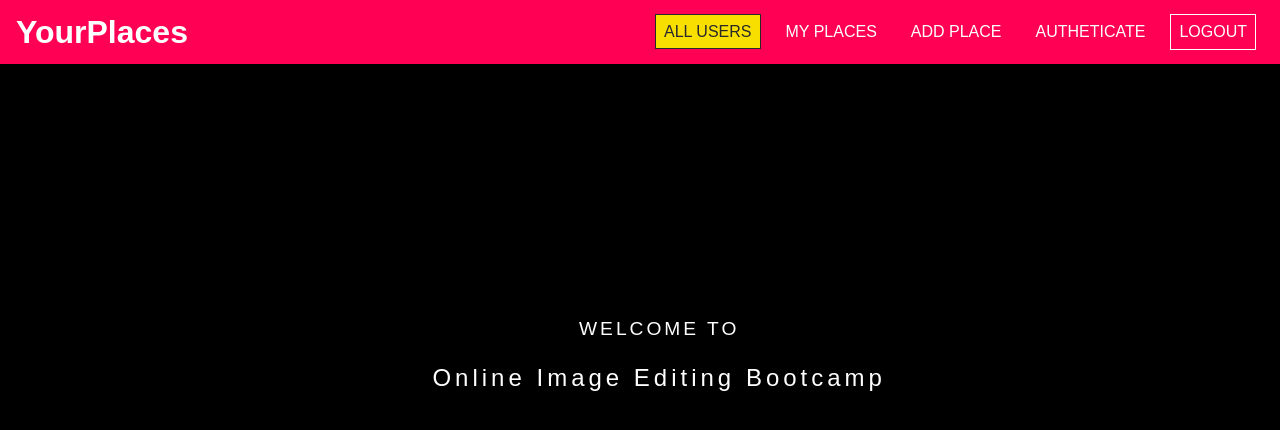
Repository: TanviSanyal/ImageEditingBootcamp
Page: /
These files come from the project's save history. The page is drawn as it stood at one moment and after the next save; the edit follows.
The browser window is 1280 px wide. The pictures show the whole page.
The project was rebuilt for these pictures with package versions that can differ from the ones it lists, and the page was loaded fresh each time. Also part of the build but not shown: src/shared/components/navigation/SideDrawer.css, src/shared/components/UIElements/Backdrop.css, src/shared/components/UIElements/Backdrop.js.

Above is the page before, as saved 2020-09-26 23:02:11.

### public/index.html
<!DOCTYPE html>
<html lang="en">
  <head>
    <meta charset="utf-8" />
    <link rel="icon" href="%PUBLIC_URL%/favicon.ico" />
    <meta name="viewport" content="width=device-width, initial-scale=1" />
    <meta name="theme-color" content="#000000" />
    <meta
      name="description"
      content="Web site created using create-react-app"
    />
    <link rel="apple-touch-icon" href="%PUBLIC_URL%/logo192.png" />
    <link rel="manifest" href="%PUBLIC_URL%/manifest.json" />
    <title>React App</title>
  </head>
  <body>
    <noscript>You need to enable JavaScript to run this app.</noscript>
    <div id="backdrop-hook"></div>
    <div id="modal-hook"></div>
    <div id="drawer-hook"></div>
    <div id="root"></div>
  </body>
</html>

### src/index.css
@import url('https://fonts.googleapis.com/css?family=Open+Sans:400,700&display=swap');

* {
  box-sizing: border-box;
}

html {
  font-family:Arial, Helvetica, sans-serif;
	font-weight:normal;
}

body {
  margin: 0;
  background: black;
}

### src/App.js
import React from 'react';
import {
  BrowserRouter as Router,
  Route,
  Redirect,
  Switch
} from 'react-router-dom';
import './App.css'
import MainNavigation from '../src/shared/components/navigation/MainNavigation';


const App = () => {

  // <Switch>
  //   <Route path="/" exact>
  //     {/* <Users /> */}
  //   </Route>
  //   <Route path="/:userId/places" exact>
  //     {/* <UserPlaces /> */}
  //   </Route>
  //   <Route path="/places/new" exact>
  //     {/* <NewPlace /> */}
  //   </Route>
  //   <Route path='/places/:placeId'>
  //     {/* <UpdatePlace /> */}
  //   </Route>
  //   <Redirect to="/" />
  // </Switch>

  return (
    <Router>
      <MainNavigation />
      <main className="main-body">
        <span className="text1">welcome to</span>
        <p className="text1"> Online Image Editing Bootcamp</p>
      </main>
    </Router>
  );
};

export default App;

### src/App.css
.main-body span{
  color: white;
  text-transform: uppercase;
  display: block;
}
.main-body{
  text-align: center;
  padding-top: 33vh;
  padding-left: 3%;
}

span{
  color: white;
  font-size: 120%;
  letter-spacing: 3PX;
}
p{
  color: white;
  font-size: 150%;
  letter-spacing: 4PX;
}

### src/shared/components/navigation/MainNavigation.js
import React, { useState } from 'react';
import { Link } from 'react-router-dom';

import MainHeader from './MainHeader';
import NavLinks from './NavLinks';
import SideDrawer from './SideDrawer';
import Backdrop from '../UIElements/Backdrop';
import './MainNavigation.css';

const MainNavigation = props => {
  const [drawerIsOpen, setDrawerIsOpen] = useState(false);

  const openDrawerHandler = () => {
    setDrawerIsOpen(true);
  };

  const closeDrawerHandler = () => {
    setDrawerIsOpen(false);
  };

  return (
    <React.Fragment>
      {drawerIsOpen && <Backdrop onClick={closeDrawerHandler} />}
      <SideDrawer show={drawerIsOpen} onClick={closeDrawerHandler}>
        <nav className="main-navigation__drawer-nav">
          <NavLinks />
        </nav>
      </SideDrawer>

      <MainHeader>
        <button className="main-navigation__menu-btn" onClick={openDrawerHandler}>
          <span />
          <span />
          <span />
        </button>
        <h1 className="main-navigation__title">
          <Link to="/">YourPlaces</Link>
        </h1>
        <nav className="main-navigation__header-nav">
          <NavLinks />
        </nav>
      </MainHeader>
    </React.Fragment>
  );
};

export default MainNavigation;

### src/shared/components/navigation/MainHeader.js
import React from 'react';

import './MainHeader.css';

const MainHeader = props => {
  return <header className="main-header">{props.children}</header>;
};

export default MainHeader;

### src/shared/components/navigation/NavLinks.js
import React,{useContext} from 'react';
import './NavLinks.css';
import {NavLink} from 'react-router-dom';
// import {AuthContext} from '../../context/auth-context';

const NavLinks = props => {

    // const auth = useContext(AuthContext);
    return(
        <ul className="nav-links">
            <li>
                <NavLink to="/" exact>ALL USERS</NavLink>
            </li>
           <li>
                <NavLink to="/u1/places">MY PLACES</NavLink>
            </li>
           <li>
                <NavLink to="/places/new">ADD PLACE</NavLink>
            </li>
            <li>
                <NavLink to="/auth">AUTHETICATE</NavLink>
            </li>
             <li><button >LOGOUT</button></li>
        </ul>
    );
};

export default NavLinks;

### src/shared/components/navigation/MainNavigation.css
.main-navigation__menu-btn {
    width: 3rem;
    height: 3rem;
    background: transparent;
    border: none;
    display: flex;
    flex-direction: column;
    justify-content: space-around;
    margin-right: 2rem;
    cursor: pointer;
  }

  .main-navigation__menu-btn span {
    display: block;
    width: 3rem;
    height: 2.5px;
    background: white;
  }

  .main-navigation__title {
    color: white;
  }

  .main-navigation__title a {
    text-decoration: none;
    color: white;
  }

  .main-navigation__header-nav {
    display: none;
  }

  .main-navigation__drawer-nav {
    height: 100%;
  }

  @media (min-width: 768px) {
    .main-navigation__menu-btn {
      display: none;
    }

    .main-navigation__header-nav {
      display: block;
    }
  }

### src/shared/components/navigation/NavLinks.css
.nav-links {
    list-style: none;
    margin: 0;
    padding: 0;
    width: 100%;
    height: 100%;
    display: flex;
    flex-direction: column;
    justify-content: center;
    align-items: center;
  }

  .nav-links li {
    margin: 1rem;
  }

  .nav-links a {
    border: 1px solid transparent;
    color: #292929;
    text-decoration: none;
    padding: 0.5rem;
  }

  .nav-links a:hover,
  .nav-links a:active,
  .nav-links a.active {
    background: #f8df00;
    border-color: #292929;
    color: #292929;
  }

  .nav-links button {
    cursor: pointer;
    border: 1px solid #292929;
    color: #292929;
    background: transparent;
    padding: 0.5rem;
    font: inherit;
  }

  .nav-links button:focus {
    outline: none;
  }

  .nav-links button:hover,
  .nav-links button:active {
    background: #292929;
    color: white;
  }

  @media (min-width: 768px) {
    .nav-links {
      flex-direction: row;
    }

    .nav-links li {
      margin: 0 0.5rem;
    }

    .nav-links a {
      color: white;
      text-decoration: none;
    }

    .nav-links button {
      border: 1px solid white;
      color: white;
      background: transparent;
    }

    .nav-links button:hover,
    .nav-links button:active {
      background: #f8df00;
      color: #292929;
    }
  }

Loaded but not shown: src/index.js (common file); src/shared/components/navigation/SideDrawer.js (common file); src/shared/components/navigation/MainHeader.css (common file)

After the next save:
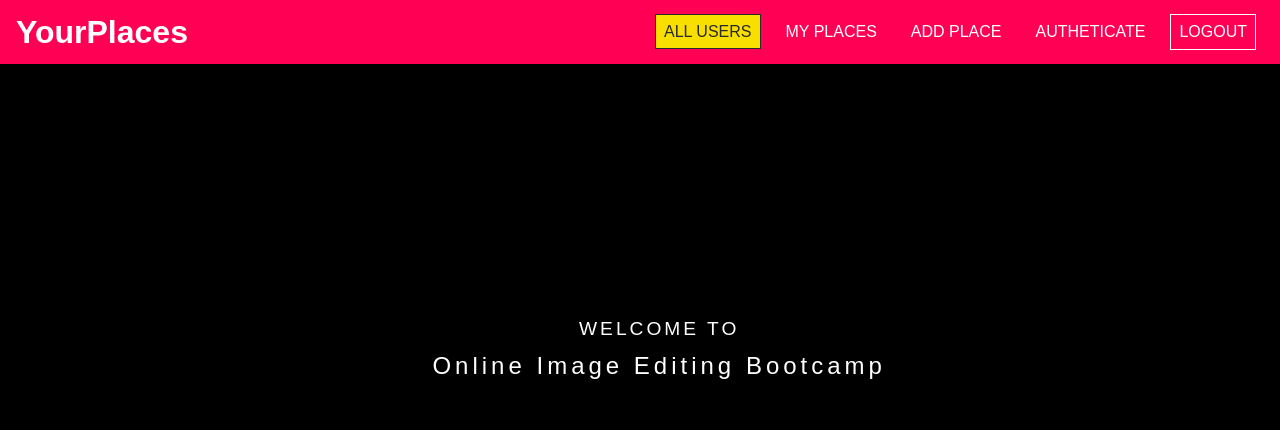
Saved 21 s later.
--- a/src/App.css
+++ b/src/App.css
@@ -18,4 +18,5 @@ p{
   color: white;
   font-size: 150%;
   letter-spacing: 4PX;
+  line-height: 3PX;
 }
